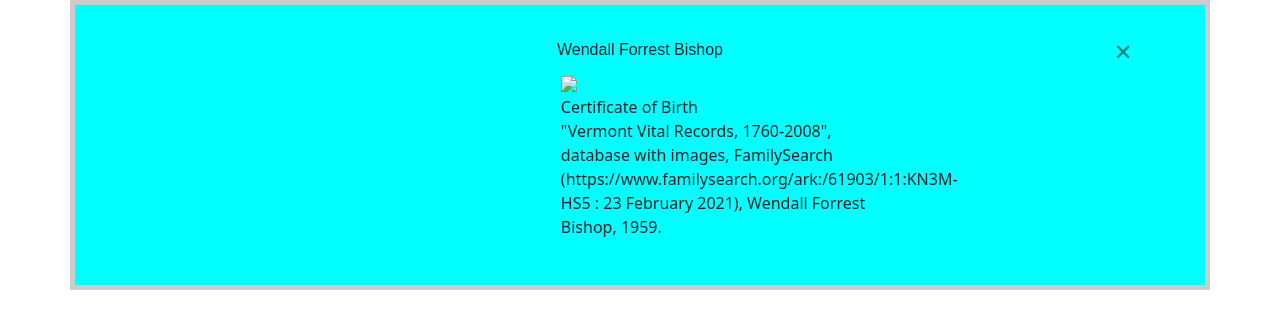
Repository: George2916/GreensladeFamilyTree
Page: photoDocsWendallForrestBishop.html
The author's editor kept a record of every edit. The page is drawn from the files as they stood at one moment, then again after the next edit.
The browser window is 1280 px wide. The pictures show the whole page.

Above is the page before.
Not found: images/wendallForrestBiship.jpg

### photoDocsWendallForrestBishop.html
<!doctype html>
<html lang="en">
<head>

    <meta charset="utf-8">
    <meta http-equiv="X-UA-Compatible" content="IE-edge">
    <meta name="viewport" content="width=device-width, initial-scale=1">
    <!--[if lt IE 9]
        <script src="https://oss.maxcdn.com/html5shiv/3.7.2/html5shiv.min.js"></script>
        <script src="https://oss.maxcdn.com/respond/1.4.2/respond.min.js"></script>
    <![endif]-->

    <link rel="stylesheet" type="text/css" href="css/bootstrap.css">
    <link rel="stylesheet" type="text/css" href="css/myStyle.css">

<title>Wendall Forrest Bishop - Documents</title>

</head>
<body>

<div class="container background">

     <div class="row">

        <div class="col-1" >
        </div>

        <div class="col-10">
            <h6 id="headingZZZ">Wendall Forrest Bishop</h6>
        </div>

  		<div class="col-1">
  		    <button onclick="goingBack()" id="btn-ZZZ"><!--&times; &#10006;-->&#x2715;</button>
        </div>

    </div>

    <div class="row"><!--row-->

        <div class="col-12 col-md-5">
        </div>

        <div class="col-12 col-md-4">
            <img class="img-fluid" src="images/wendallForrestBiship.jpg">
                <p>Certificate of Birth<br>
                "Vermont Vital Records, 1760-2008", database with images, FamilySearch (https://www.familysearch.org/ark:/61903/1:1:KN3M-HS5 : 23 February 2021), Wendall Forrest Bishop, 1959.</p>
        </div>

        <div class="col-12 col-md-3">
        </div>

    </div><!--closes row-->

</div> <!--closes container-->

<script src="js/bootstrap.js"></script>
<script src="js/myJavascript.js"></script>

</body>
</html>

### css/myStyle.css
/*STYLING FOR INDEX.HTML*/

.tree {width: 44500px;}

.George1 {
	background: #00FFFF;
	border: 1px solid #ccc;
	border-radius: 5px;
	-webkit-border-radius: 5px;
	-moz-border-radius: 5px;
	-o-border-radius: 5px;
	color: #666;
	display: inline-block;
	font-family: arial, verdana, tahoma;
	font-size: 11px;
	height: 50px;
	margin-right: -4px;
	text-decoration: none;
	vertical-align: text-bottom;
	width: 180px;
}

.George1 p {text-align: center;}

.George2 {
	background: white;
	display: inline-block;
	font-family: arial, verdana, tahoma;
	font-size: 11px;
	height: 50px;
	margin-right: -4px;
	text-align: center;
	vertical-align: text-bottom;
	width: 180px;
}

.George2 svg {overflow: visible;}

.George3::after {
	content: '';
    position: relative;
    top: 50%;
    border-top: 3px dashed lightblue;
    display: block;
}

.George4 {
	background: white;
	border: 1px solid white;
	color: blue;
	display: inline-block;
	font-family: arial, verdana, tahoma;
	font-size: 13px;
	height: 50px;
	margin-right: -4px;
	padding: 15px;
	text-align: center;
	vertical-align: text-bottom;
	width: 180px;
}

.George5 {position: relative;}

.sticky {
	position: sticky;
	left:0;
	z-index:10;
}

.divorceSign {
	font-size: 225%;
	letter-spacing: -5.5px;
	line-height: 110%;
}

.marriageSign {
	font-size: 225%;
	letter-spacing: -6px;
	line-height: 110%;
}

.marriageSignELKnight {
	font-size: 225%;
	letter-spacing: -6px;
	line-height: 50%;
	padding-bottom: 20px;
}

/*the next 5 divs create the lines to the left and right of GAG, born 1864 and GG, born about 1833*/

.lineGAG1 {
  width: 60px;
  background: #ccc;
  height: 2px;
  display: inline-block;
  margin-bottom: 2.5px;
}

.pointGAG1 {
  width: 0;
  height: 0;
  border-top: 5px solid transparent;
  border-bottom: 5px solid transparent;
  border-left: 10px solid #ccc;
  display: inline-block;
  margin-bottom: -1px;
  margin-right: -4px;
  transform: rotate(180deg);
  -moz-transform: rotate(180deg);
  -o-transform: rotate(180deg);
  -webkit-transform: rotate(180deg);
}

.marriageGAG{
	display: inline-block;
	margin-top: 22px;
}

.lineGAG2 {
  width: 60px;
  background: #ccc;
  height: 2px;
  display: inline-block;
  margin-bottom: 2.5px;
  margin-right: -4px;
}

.pointGAG2 {
  width: 0;
  height: 0;
  border-top: 5px solid transparent;
  border-bottom: 5px solid transparent;
  border-left: 10px solid #ccc;
  display: inline-block;
  margin-bottom: -1px;
}

.upperRight a {
	position: absolute;
	bottom: 102.5%;
	color: #666;
	text-decoration: none;
}

.upperRightArrow {font-size: 125%;}

.docLink {
	color: black;
	text-decoration: none;
}

.docLink:hover {
	color: black;
	font-weight: 500;
	text-decoration: none;
}

.progenyLink {
	color: #666;
	text-decoration: none;
}

/*moreInfoZero used for people with neither birth nor death date, moreInfoOne used for people with one or the other, moreInfoTwo used for people with both*/

.moreInfoZero a {
	position: relative;
	bottom: -16px;
	left: 1px;
	color: #666;
	text-decoration: none;
	z-index: 2;
}

.moreInfoOne a {
	position: relative;
	bottom: 0;
	left: 1px;
	color: #666;
	text-decoration: none;
	z-index: 2;
}

.moreInfoTwo a {
	position: relative;
	bottom: 16px;
	left: 1px;
	color: #666;
	text-decoration: none;
	z-index: 2;
}

.moreInfoZero a:hover, .moreInfoOne a:hover, .moreInfoTwo a:hover, .progenyLink:hover, .upperRight a:hover, .upperRightKo a:hover, .upperRightWestacott a:hover {
	color: black;
	text-decoration: none;
}

.moreInfoArrow {
	font-size: 125%;
}

/* make text of "More Info" and "Pictures(1)" under George Aflred Greenslade, born 1864 smaller when viewed on smaller devices */

@media only screen and (max-width: 435px) {
  #smallFont {font-size: 95%}
}

/*STYLING FOR KO FAMILY TREE*/

.Ktree {width: 1300px;}

.ko1 {
	background: #FF7034;
	border-radius: 5px;
	-webkit-border-radius: 5px;
	-moz-border-radius: 5px;
	-o-border-radius: 5px;
	font-family: 'Itim', arial, verdana;
	font-size: 18px;
	height: 50px;
	margin: 5px 0px 5px 6px;
	padding-top: 10px;
	text-align: center;
	width: 906px;
}

.ko2 {width: 180px;}

.upperRightKo a {
	position: absolute;
	bottom: 77.7%;
	color: #666;
	text-decoration: none;
}

.indentKo {
	padding: 150px;
}

/*STYLING FOR DUFFY, LEO GARCIA, SCHNEIDER AND SIDOROFF FAMILY TREES*/

.duffyTree {width: 3900px;}

.LGtree {width: 1350px;}

.SchnTree {width: 945px;}

.stevensTree {width: 2400px;}

/*.duffy1A - 1C are used to create the colors of the Irish flag on Duffy family tree*/

.duffy1A {
	background: #169B62;
	border-radius: 5px 0px 0px 5px;
	-webkit-border-radius: 5px 0px 0px 5px;
	-moz-border-radius: 5px 0px 0px 5px;
	-o-border-radius: 5px 0px 0px 5px;
	display: inline-block;
	height: 71px;
	margin: 25px -185px -25px 850px;
	width: 600px;
	vertical-align: text-bottom;
}

.duffy1B {
	background: #f0ead6;
	display: inline-block;
	font-family: 'Itim', arial, verdana;
	font-size: 18px;
	height: 50px;
	margin: 5px -2px 5px -2px;
	padding-top: 10px;
	text-align: center;
	/* width: 300px; */
	width: 600px;
	vertical-align: text-bottom;
}

.duffy1C {
	background: #FF883E;
	border-radius: 0px 5px 5px 0px;
	-webkit-border-radius: 0px 5px 5px 0px;
	-moz-border-radius: 0px 5px 5px 0px;
	-o-border-radius: 0px 5px 5px 0px;
	display: inline-block;
	height: 71px;
	margin: 5px 0px -25px -5px;
	width: 600px;
	vertical-align: text-bottom;
}

/*.leoGarcia1A - 1C are used to create the colors of the Peruvian flag on the Leo Garcia family tree*/

.leoGarcia1A {
	background: #D91023;
	border-radius: 5px 0px 0px 5px;
	-webkit-border-radius: 5px 0px 0px 5px;
	-moz-border-radius: 5px 0px 0px 5px;
	-o-border-radius: 5px 0px 0px 5px;
	display: inline-block;
	height: 50px;
	margin: 5px -3px 5px 0px;
	width: 420px;
	vertical-align: text-bottom;
}

.leoGarcia1B {
	background: #f0ead6;
	display: inline-block;
	font-family: 'Itim', arial, verdana;
	font-size: 18px;
	height: 50px;
	margin: 5px -1px 5px -1px;
	padding-top: 10px;
	text-align: center;
	width: 420px;
	vertical-align: text-bottom;
}

.leoGarcia1C {
	background: #D91023;
	border-radius: 0px 5px 5px 0px;
	-webkit-border-radius: 0px 5px 5px 0px;
	-moz-border-radius: 0px 5px 5px 0px;
	-o-border-radius: 0px 5px 5px 0px;
	display: inline-block;
	height: 50px;
	margin: 5px 3px 5px -3px;
	width: 420px;
	vertical-align: text-bottom;
}

.sidoroff1 {
	background: #FF7034;
	border-radius: 5px;
	-webkit-border-radius: 5px;
	-moz-border-radius: 5px;
	-o-border-radius: 5px;
	font-family: 'Itim', arial, verdana;
	font-size: 18px;
	height: 50px;
	margin: 5px 0px 5px 0;
	padding-top: 10px;
	text-align: center;
	width: 1084px;
}

.stevens1 {
	background: #FF7034;
	border-radius: 5px;
	-webkit-border-radius: 5px;
	-moz-border-radius: 5px;
	-o-border-radius: 5px;
	font-family: 'Itim', arial, verdana;
	font-size: 18px;
	height: 50px;
	margin: 5px 0px 5px 720px;
	padding-top: 10px;
	text-align: center;
	width: 904px;
}

/* STYLING FOR MORRISON FAMILY TREE*/

.Mtree {width: 9400px;}

.morrison1 {
	background: #FF7034;
	border-radius: 5px;
	-webkit-border-radius: 5px;
	-moz-border-radius: 5px;
	-o-border-radius: 5px;
	font-family: 'Itim', arial, verdana;
	font-size: 18px;
	height: 50px;
	margin: 5px 0px 5px 2345px;
	padding-top: 15px;
	text-align: center;
	width: 1442px;
}

.indentElizabethLillianKnightDocs {padding-left: 250px;}

/*STYLING FOR WESTACOTT FAMILY TREE*/

.westacott1 {
	background: #FF7034;
	border-radius: 5px;
	-webkit-border-radius: 5px;
	-moz-border-radius: 5px;
	-o-border-radius: 5px;
	font-family: 'Itim', arial, verdana;
	font-size: 18px;
	height: 50px;
	margin: 5px 0px 5px 192px;
	padding-top: 10px;
	text-align: center;
	width: 540px;
}

.upperRightWestacott a {
	position: absolute;
	bottom: 61.5%;
	color: #666;
	text-decoration: none;
}

/*STYLING FOR MODALS*/

.modal-Info > div 	{
  	padding: 0px 20px 0px 20px;
	border: 2px solid #ccc;
	border-radius: 10px;
	-webkit-border-radius: 10px;
	-moz-border-radius: 10px;
	-o-border-radius: 10px;
	background: linear-gradient(#00FFFF, #ccfff2);
	background: -moz-linear-gradient(#00FFFF, #ccfff2);
	background: -webkit-linear-gradient(#00FFFF, #ccfff2);
	background: -o-linear-gradient(#00FFFF, #ccfff2);
 }

@media only screen and (max-width: 500px) {
   #shakespeareQuotes, #poem1, #poem2  {
    font-size: 70%;
  }
}

@media only screen and (max-width: 575px) and (min-width: 501px){
   #shakespeareQuotes, #poem1, #poem2  {
    font-size: 80%;
  }
}

.modal-Photo > div {margin: 10% auto;
 	padding: 5px 20px 13px 20px;
	border: 2px solid #ccc;
	border-radius: 10px;
	-webkit-border-radius: 10px;
	-moz-border-radius: 10px;
	-o-border-radius: 10px;
	background: #00FFFF;
}

.borderBottomModalPhoto {
	border-bottom: 2px solid #0080ff;
}

.modal-header {border-bottom: 2px solid #0080ff;}

.close {
	color: #000;
	font-family: arial, verdana, tahoma;
	font-size: 140%;
	opacity: 0.5;
	position: absolute;
	right: 12px;
	top: 25px;
	text-decoration: none;
	width: 36px;
}

/*modals with tabs*/

.btn-close:focus {
	box-shadow: none;
}

.tabHeading {
	color: #000000 !important;
	/* important is need for color because iphones default color is light blue*/
	border-radius: 100px;
	-webkit-border-radius: 100px;
	-moz-border-radius: 100px;
	-o-border-radius: 100px;
	outline: none !important;
    border: none !important;
	background: #0080ff;
	height: 40px;
	margin: 4px 0px;
	width: 100px;
}

.tabHeading:hover {
	cursor: grab;
	font-weight: 900;
}

.highlightedTab {background: #0000ff;
	border-radius: 100px;
	-webkit-border-radius: 100px;
	-moz-border-radius: 100px;
	-o-border-radius: 100px;
	font-weight: 700;
}

.highlightedTab:focus {
	outline: none !important;
    border: none !important;
}

/*STYLING FOR PHOTO[NAME].HTML AND PHOTODOCS[NAME].HTML */

@media only screen and (max-width: 576px) {
  .col-12 > p, .col-12 > div > p, .carousel-item > p  {font-size: 85%}
}

.img-responsive {
	max-width: 100%;
	height: auto;
	display: block;
}

.borderBottom {border-bottom: 8px solid #ccc;}

.pic-back {display: none;}

.background {background: #00FFFF;
	border: 5px solid #ccc;
	padding: 30px;
}

.center {text-align: center;}

.hover:hover {
	cursor: grab;
}

.heading {
	font-family: arial, verdana, tahoma;
	text-align: center;
}

/*the next 6 items create the styling for the button at the top of photo[name].html, photoDocs[name].html and carouselGeorgeAlfredGreensladeII.html*/

#headingZZZ {
	font-family: arial, verdana, tahoma;
	padding-top: 5px;
 	text-align: center;
}

#btn-ZZZ {
 	background: #00FFFF;
	border-style: hidden;
	color: #000;
	font-family: arial, verdana, tahoma;
	font-size: 140%;
	opacity: 0.5;
}

#btn-AAA {
	background: #9B533B;
	border-style: hidden;
	color: #000;
	font-family: arial, verdana, tahoma;
	font-size: 140%;
	opacity: 0.5;
}

#btn-ZZZ:hover {
	cursor: grab;
	opacity: 1.0;
}

#btn-AAA:hover {
	background: #00FFFF;
	cursor: grab;
	opacity: 1.0;
}

@media only screen and (max-width: 575px) {
   #headingZZZ {
    font-size: 85%;
  }

  #btn-ZZZ, #btn-AAA:hover {
  	font-size: 100%;}
}

/* STYLING FOR photoRichardGreenslade.html */

.noDisplay {
	visibility: hidden;
}

/*STYLING FOR photoWayneKnight.html*/

@media only screen and (min-device-width: 300px) {
  .wayneKnightPhoto {
    height: 170px;
    width: auto;
  }
}

@media only screen and (min-device-width: 350px) {
  .wayneKnightPhoto {
    height: 200px;
    width: auto;
  }
}

@media only screen and (min-device-width: 440px) {
  .wayneKnightPhoto {
    height: 260px;
    width: auto;
  }
}

@media only screen and (min-device-width: 500px) {
  .wayneKnightPhoto {
    height: 290px;
    width: auto;
  }
}

@media only screen and (min-device-width: 576px) {
  .wayneKnightPhoto {
    height: 320px;
    width: auto;
  }
}

@media only screen and (min-device-width: 768px) {
  .wayneKnightPhoto {
    height: 190px;
    width: auto;
  }
}

@media only screen and (min-device-width: 992px) {
  .wayneKnightPhoto {
    height: 250px;
    width: auto;
  }
}

@media only screen and (min-device-width: 1200px) {
  .wayneKnightPhoto {
    height: 320px;
    width: auto;
  }
}

@media only screen and (min-device-width: 1400px) {
  .wayneKnightPhoto {
    height: 350px;
    width: auto;
  }
}

/*STYLING FOR carouselGeorgeGreensladeII.html and photoDocs[name].html for BelleHinks, CarolinaVirginiaGreenslade and GeorgeGreensladeBorn1864*/

@media only screen and (min-width: 992px) {
	.BHcarousel-indicators {
		padding-bottom: 40px;
}
}

@media only screen and (min-width: 350px) {
	.GAGIcarousel-indicators {
		padding-bottom: 90px;
}
}

@media only screen and (min-width: 400px) {
	.GAGIcarousel-indicators {
		padding-bottom: 70px;
}
}

@media only screen and (min-width: 450px) {
	.GAGIcarousel-indicators {
		padding-bottom: 50px;
}
}

@media only screen and (min-width: 500px) {
	.GAGIcarousel-indicators {
		padding-bottom: 40px;
}
}

.carouselContainerGG {
	background: #9B533B;
	border: 4px solid #ccc;
	border-radius: 10px;
	-webkit-border-radius: 10px;
	-moz-border-radius: 10px;
	-o-border-radius: 10px;
}

@media only screen and (max-width: 767px) {
	.carouselGG {
		height: 400px;
		width: 100%;
		object-fit: contain;
}
}

@media only screen and (min-width: 768px) {
	.carouselGG {
		height: 500px;
		width: 100%;
		object-fit: contain;
}
}

@media only screen and (min-width: 992px) {
	.carouselGG {
		height: 700px;
		width: 100%;
		object-fit: contain;
}
}

.d-none {color: #FF7034;}

.carousel-indicators {filter: invert(100%);}

.carousel-control-prev-icon, .carousel-control-next-icon {filter: invert(100%); background-color:red;} /*background-color:red somehow changes the color of the left and righ arrows to something close to #00FFFF*/


.carousel .carousel-indicators button {
   	width: 10px;
  	height: 10px;
  	border-radius: 100%;
  	color: red;
}

/*STYLING FOR NAVBAR*/

.navbar {
	background: #FF7034;
	border-radius: 5px;
	-webkit-border-radius: 5px;
	-moz-border-radius: 5px;
	-o-border-radius: 5px;
	display: inline-block;
	font-family: arial, verdana, tahoma;
	margin: 5px 0px 5px 180px;
	width: 1628px;
}

.navbarDuffy {
	background: #f0ead6;
	border-radius: 5px;
	-webkit-border-radius: 5px;
	-moz-border-radius: 5px;
	-o-border-radius: 5px;
	display: inline-block;
	font-family: arial, verdana, tahoma;
	margin: 5px 0px 25px 180px;
	width: 600px;
}

.navbar-brand {
	font-family: 'Itim', arial, verdana;
}

.nav-item:hover {
	background: #FFB697;
	border-radius: 5px;
	-webkit-border-radius: 5px;
	-moz-border-radius: 5px;
	-o-border-radius: 5px;
}

.dropdown-menu {
	border: 2px solid #ccc;
	border-radius: 10px;
	-webkit-border-radius: 10px;
	-moz-border-radius: 10px;
	-o-border-radius: 10px;
	background: linear-gradient(#00FFFF, #ccfff2);
	background: -moz-linear-gradient(#00FFFF, #ccfff2);
	background: -webkit-linear-gradient(#00FFFF, #ccfff2);
	background: -o-linear-gradient(#00FFFF, #ccfff2);
}

.dropdown-item:hover {
	background: #00FFFF;
	border-radius: 15px;
	-webkit-border-radius: 5px;
	-moz-border-radius: 5px;
	-o-border-radius: 5px;
}

.dropdown-item:active {background-color: #00FFFF;
	color:black;
}
.dropdown-item:visited {background-color: #00FFFF;}

.georgeNB1 {
	display: inline-block;
	height: 50px;
	vertical-align: text-bottom;
	width: 5160px;
}

.indentShakespeare1 {padding-left: 20px;}

.indentShakespeare2 {padding-left: 25px;}

@media only screen and (max-width: 575px) {
   .indentShakespeare1 {
    padding-left: 0;
  }
}


/*STYLING IN SVG IN GREENSLADE FAMILY TREE*/

#thomasAndElizabethGreenslade::after, #georgeAndRhodaGreenslade::after {
	content: 'three \00a0\00a0\00a0 children';
    position: relative;
   	left: 6px;
   	top: -41px;
    color: #666;
    display: block;
}

#georgeAndMatildaGreenslade::after {
	content: 'four \00a0\00a0\00a0 children';
    position: relative;
   	left: 9px;
   	top: -41px;
    color: #666;
    display: block;
}

#maudeAndOtisBurnett::after {
	content: 'five \00a0\00a0\00a0 children';
    position: relative;
   	left: 9px;
   	top: -41px;
    color: #666;
    display: block;
}

#johnAndJaneGreenslade::after {
	content: 'nine \00a0\00a0\00a0 children';
    position: relative;
   	left: 9px;
   	top: -41px;
    color: #666;
    display: block;
}

#georgeAndAliceGreenslade::after {
	content: 'eight \00a0\00a0\00a0 children';
    position: relative;
   	left: 7px;
   	top: -41px;
    color: #666;
    display: block;
}

#georgeAndJaneGreenslade::after, #georgeAndEvaGreenslade::after, #elizabethAndFrederickSteer::after {
	content: 'six \00a0\00a0\00a0 children';
    position: relative;
   	left: 12px;
   	top: -41px;
    color: #666;
    display: block;
}

/*STYLING FOR realtionFinderModal AND poesyModal*/

.relationFinderButton {
	display: inline-block;
	vertical-align: text-bottom;
	line-height: 100%;
}

table {
  border-collapse: collapse;
  width: 100%;
}

th {
  border: 2px solid #ccc;
}

td {
	border: 2px solid #ccc;
	font-size: 90%;}

.tableHeading3 {font-size: 90%;
	font-weight: normal;
}
.firstColumn, .secondColumn {vertical-align: text-top;}

.thirdColumn {text-align: center;}

/*STYLING FOR MODALS FOR JOSEPH EUGENE WALSH, JONATHAN EDWARD GREENSLADE, RICHARD MICHAEL SIDOROFF, ANNIE MAY KNIGHT, ALBERT JAYNES MORRISON, JR.*/
/*STYLING FOR PHOTODOCS OF BESSIE GREENSLADE*/

.zoomA, .zoomB, .zoomC, .zoomC-1, .zoomE {margin: 0;}

@media only screen and (min-width: 768px) {

	.zoomA:hover {
		cursor: grab;
	  	transform: scale(2.0);
	  	transform-origin: left top;

	  	width: 600px;
	  	height: auto;
	  	/* ease | ease-in | ease-out | linear */
	 	transition: transform ease-in-out 0.1s;
	}

	.zoomA-1:hover {
		cursor: grab;
	  	transform: scale(1.0);
	  	transform-origin: left top;

	  	width: 600px;
	  	height: auto;
	  	/* ease | ease-in | ease-out | linear */
	 	transition: transform ease-in-out 0.1s;
	}

	.zoomB:hover {
		cursor: grab;
	  	transform: scale(2.5);
	  	transform-origin: left top;

	  	width: 600px;
	  	height: auto;
	  	/* ease | ease-in | ease-out | linear */
	 	transition: transform ease-in-out 0.1s;
	}

	.zoomC:hover {
		cursor: grab;
	  	transform: scale(3.5);
	  	transform-origin: top;

	  	width: 600px;
	  	height: auto;
	  	/* ease | ease-in | ease-out | linear */
	 	transition: transform ease-in-out 0.1s;
	}

	.zoomD:hover {
		cursor: grab;
	  	transform: scale(2.5);
	  	transform-origin: bottom;

	  	width: 600px;
	  	height: auto;
	  	/* ease | ease-in | ease-out | linear */
	 	transition: transform ease-in-out 0.1s;
	}

	.zoomE:hover {
		cursor: grab;
	  	transform: scale(3.5);
	  	transform-origin: left top;

	  	width: 600px;
	  	height: auto;
	  	/* ease | ease-in | ease-out | linear */
	 	transition: transform ease-in-out 0.1s;
	}

}

@media only screen and (max-width: 767px) {

	.zoomC-2 {display: none;}
}

/*STYLING FOR TOOLTIP ON MEAHAL DUFFY*/

.meahal {
	display: inline-block;
}
.meahal a {
	color: #666;
	text-decoration: none;
}

.meahal a:hover {
	color: black;
	text-decoration: none;
}

/*STYLING FOR GAGii MODAL*/

.modalIndent {
	margin-left: 15px;
}

### js/myJavascript.js
/*JAVASCRIPT FOR PHOTO[NAME].HTML AND PHOTODOCS[NAME].HTML*/

function twoPageFirstFlip() {
  var x = document.getElementById("p1of2");
  var y = document.getElementById("p2of2");
  x.style.display = "none";
  y.style.display = "block";
}

function twoPageUnflip() {
  var x = document.getElementById("p2of2");
  var y = document.getElementById("p1of2");
  x.style.display = "none";
  y.style.display = "block";
}

function twoPageFirstFlip2() {
  var x = document.getElementById("page1of2");
  var y = document.getElementById("page2of2");
  x.style.display = "none";
  y.style.display = "block";
}

function twoPageUnflip2() {
  var x = document.getElementById("page2of2");
  var y = document.getElementById("page1of2");
  x.style.display = "none";
  y.style.display = "block";
}

function twoPageFirstFlip3() {
  var x = document.getElementById("page1of2pages");
  var y = document.getElementById("page2of2pages");
  x.style.display = "none";
  y.style.display = "block";
}

function twoPageUnflip3() {
  var x = document.getElementById("page2of2pages");
  var y = document.getElementById("page1of2pages");
  x.style.display = "none";
  y.style.display = "block";
}

function twoPageFirstFlip4() {
  var x = document.getElementById("PG1of2pages");
  var y = document.getElementById("PG2of2pages");
  x.style.display = "none";
  y.style.display = "block";
}

function twoPageUnflip4() {
  var x = document.getElementById("PG2of2pages");
  var y = document.getElementById("PG1of2pages");
  x.style.display = "none";
  y.style.display = "block";
}

function threePageFirstFlip() {
  var x = document.getElementById("p1of3");
  var y = document.getElementById("p2of3");
  x.style.display = "none";
  y.style.display = "block";
}

function threePageSecondFlip() {
  var x = document.getElementById("p2of3");
  var y = document.getElementById("p3of3");
  x.style.display = "none";
  y.style.display = "block";
}

function threePageUnflip() {
  var x = document.getElementById("p3of3");
  var y = document.getElementById("p1of3");
  x.style.display = "none";
  y.style.display = "block";
}

function threePageFirstFlip2() {
  var x = document.getElementById("page1of3");
  var y = document.getElementById("page2of3");
  x.style.display = "none";
  y.style.display = "block";
}

function threePageSecondFlip2() {
  var x = document.getElementById("page2of3");
  var y = document.getElementById("page3of3");
  x.style.display = "none";
  y.style.display = "block";
}

function threePageUnflip2() {
  var x = document.getElementById("page3of3");
  var y = document.getElementById("page1of3");
  x.style.display = "none";
  y.style.display = "block";
}

function threePageFirstFlip3() {
  var x = document.getElementById("page1of3pages");
  var y = document.getElementById("page2of3pages");
  x.style.display = "none";
  y.style.display = "block";
}

function threePageSecondFlip3() {
  var x = document.getElementById("page2of3pages");
  var y = document.getElementById("page3of3pages");
  x.style.display = "none";
  y.style.display = "block";
}

function threePageUnflip3() {
  var x = document.getElementById("page3of3pages");
  var y = document.getElementById("page1of3pages");
  x.style.display = "none";
  y.style.display = "block";
}

function fivePageFirstFlip() {
  var x = document.getElementById("p1of5");
  var y = document.getElementById("p2of5");
  x.style.display = "none";
  y.style.display = "block";
}

function fivePageSecondFlip() {
  var x = document.getElementById("p2of5");
  var y = document.getElementById("p3of5");
  x.style.display = "none";
  y.style.display = "block";
}

function fivePageThirdFlip() {
  var x = document.getElementById("p3of5");
  var y = document.getElementById("p4of5");
  x.style.display = "none";
  y.style.display = "block";
}

function fivePageFourthFlip() {
  var x = document.getElementById("p4of5");
  var y = document.getElementById("p5of5");
  x.style.display = "none";
  y.style.display = "block";
}

function fivePageUnflip() {
  var x = document.getElementById("p5of5");
  var y = document.getElementById("p1of5");
  x.style.display = "none";
  y.style.display = "block";
}

function sixPageFirstFlip() {
  var x = document.getElementById("page1of6");
  var y = document.getElementById("page2of6");
  x.style.display = "none";
  y.style.display = "block";
}

function sixPageSecondFlip() {
  var x = document.getElementById("page2of6");
  var y = document.getElementById("page3of6");
  x.style.display = "none";
  y.style.display = "block";
}

function sixPageThirdFlip() {
  var x = document.getElementById("page3of6");
  var y = document.getElementById("page4of6");
  x.style.display = "none";
  y.style.display = "block";
}

function sixPageFourthFlip() {
  var x = document.getElementById("page4of6");
  var y = document.getElementById("page5of6");
  x.style.display = "none";
  y.style.display = "block";
}

function sixPageFifthFlip() {
  var x = document.getElementById("page5of6");
  var y = document.getElementById("page6of6");
  x.style.display = "none";
  y.style.display = "block";
}

function sixPageUnflip() {
  var x = document.getElementById("page6of6");
  var y = document.getElementById("page1of6");
  x.style.display = "none";
  y.style.display = "block";
}

function sevenPageFirstFlip() {
  var x = document.getElementById("page1of7");
  var y = document.getElementById("page2of7");
  x.style.display = "none";
  y.style.display = "block";
}

function sevenPageSecondFlip() {
  var x = document.getElementById("page2of7");
  var y = document.getElementById("page3of7");
  x.style.display = "none";
  y.style.display = "block";
}

function sevenPageThirdFlip() {
  var x = document.getElementById("page3of7");
  var y = document.getElementById("page4of7");
  x.style.display = "none";
  y.style.display = "block";
}

function sevenPageFourthFlip() {
  var x = document.getElementById("page4of7");
  var y = document.getElementById("page5of7");
  x.style.display = "none";
  y.style.display = "block";
}

function sevenPageFifthFlip() {
  var x = document.getElementById("page5of7");
  var y = document.getElementById("page6of7");
  x.style.display = "none";
  y.style.display = "block";
}

function sevenPageSixthFlip() {
  var x = document.getElementById("page6of7");
  var y = document.getElementById("page7of7");
  x.style.display = "none";
  y.style.display = "block";
}

function sevenPageUnflip() {
  var x = document.getElementById("page7of7");
  var y = document.getElementById("page1of7");
  x.style.display = "none";
  y.style.display = "block";
}

/* used to return to previous page */

function goingBack() {
  window.history.back();
}

Loaded but not shown: css/bootstrap.css (library); js/bootstrap.js (library)

After the next edit:
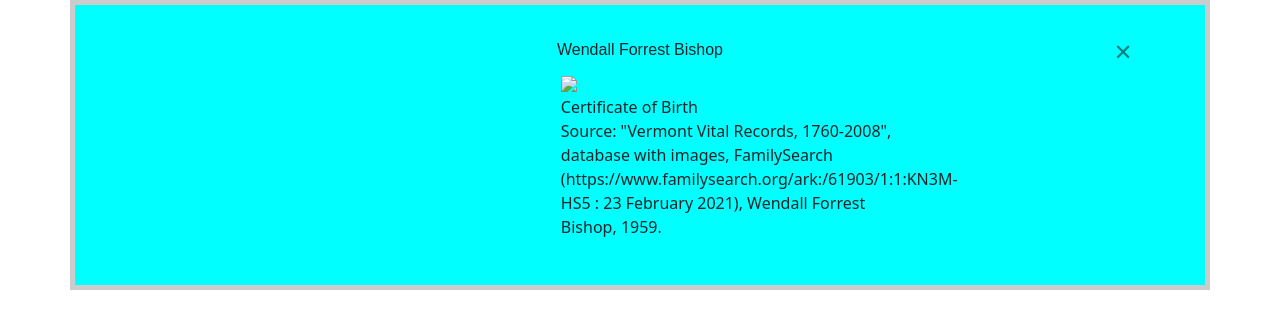
The edit:
--- a/photoDocsWendallForrestBishop.html
+++ b/photoDocsWendallForrestBishop.html
@@ -43,7 +43,7 @@
         <div class="col-12 col-md-4">
             <img class="img-fluid" src="images/wendallForrestBiship.jpg">
                 <p>Certificate of Birth<br>
-                "Vermont Vital Records, 1760-2008", database with images, FamilySearch (https://www.familysearch.org/ark:/61903/1:1:KN3M-HS5 : 23 February 2021), Wendall Forrest Bishop, 1959.</p>
+                Source: "Vermont Vital Records, 1760-2008", database with images, FamilySearch (https://www.familysearch.org/ark:/61903/1:1:KN3M-HS5 : 23 February 2021), Wendall Forrest Bishop, 1959.</p>
         </div>
 
         <div class="col-12 col-md-3">
